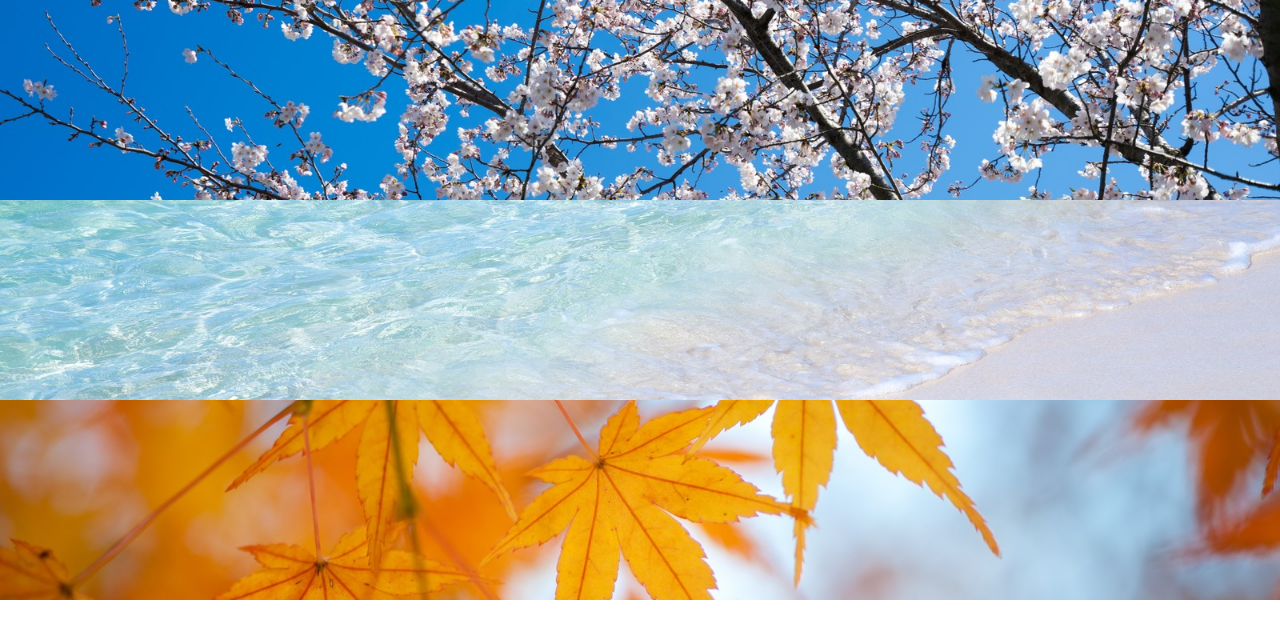
Repository: eyaonu/application2
Page: chapter6/answer6.html
The author's editor kept a record of every edit. The page is drawn from the files as they stood at one moment, then again after the next edit.
The browser window is 1280 px wide. The pictures show the whole page.

Above is the page before.

### chapter6/answer6.html
<!DOCTYPE html>
<html lang="ja">
  <head>
    <meta charset="UTF-8" />
    <!-- CSSファイルの読み込み -->
    <link rel="stylesheet" href="style6.css" />
    <title>answer6</title>
  </head>

  <body>
    <header></header>
    <div class="main-visual"></div>
    <div class="main"></div>
    <div class="footer"></div>
  </body>
</html>

### chapter6/style6.css
* {
  margin: 0;
  padding: 0;
  box-sizing: border-box;
  color: #6c6b6b;
}

a {
  text-decoration: none;
}

header {
  width: 100%;
  height: 200px;
  background-image: url(img/box1.jpg);
  background-size: cover; /* 縦横比を維持したまま背景領域を埋め尽くす */
  background-position: center; /* 背景画像を中央に配置 */
}

.main-visual {
  width: 100%;
  height: 200px;
  background-image: url(img/box2.jpg);
  background-size: cover; /* 縦横比を維持したまま背景領域を埋め尽くす */
  background-position: center; /* 背景画像を中央に配置 */
}

.main {
  width: 100%;
  height: 200px;
  background-image: url(img/box3.jpg);
  background-size: cover; /* 縦横比を維持したまま背景領域を埋め尽くす */
  background-position: center; /* 背景画像を中央に配置 */
}

footer {
  width: 90%;
  height: 200px;
  background-image: url(img/box4.jpg);
  background-size: cover; /* 縦横比を維持したまま背景領域を埋め尽くす */
  background-position: center; /* 背景画像を中央に配置 */
}

After the next edit:
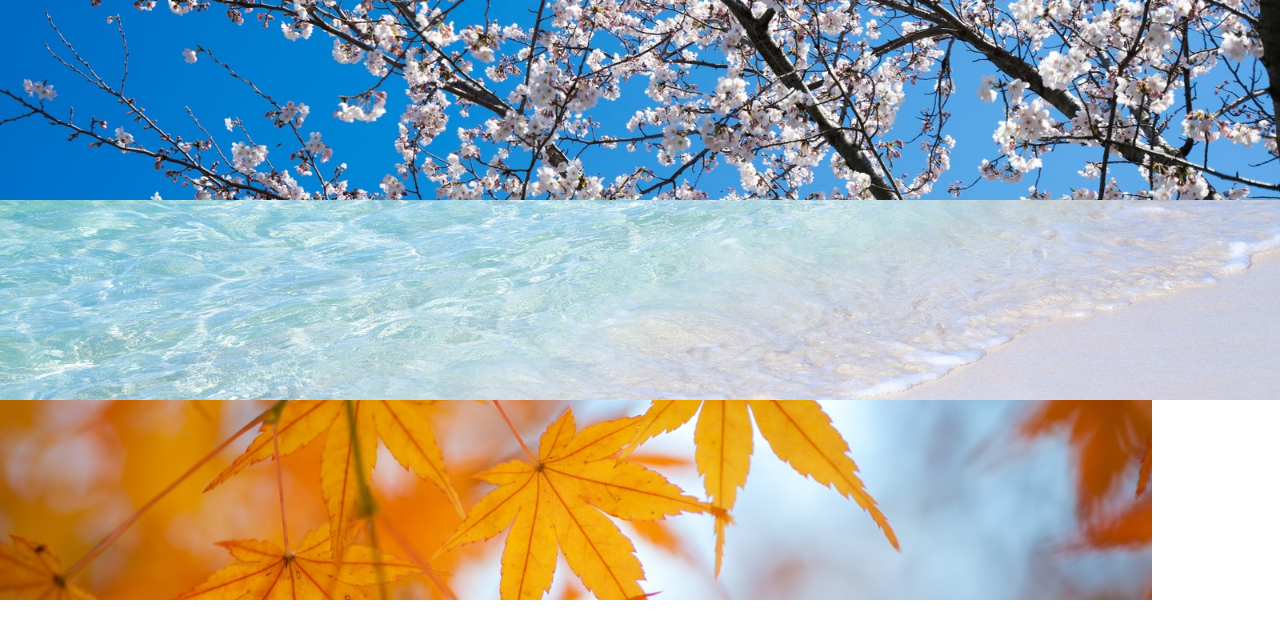
The edit:
--- a/chapter6/style6.css
+++ b/chapter6/style6.css
@@ -26,7 +26,7 @@
 }
 
 .main {
-  width: 100%;
+  width: 90%;
   height: 200px;
   background-image: url(img/box3.jpg);
   background-size: cover; /* 縦横比を維持したまま背景領域を埋め尽くす */
